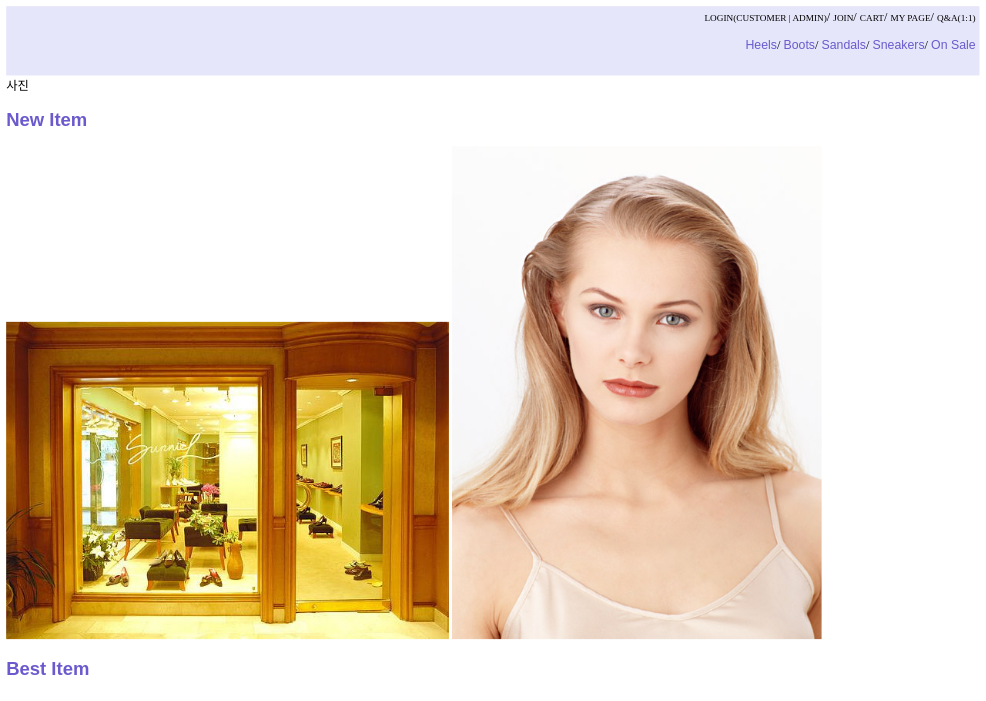
Repository: taeeun2/java_web
Page: http://localhost/webapp/Shopingmall/member/index.jsp
These files come from the project's save history. The page is drawn as it stood at one moment and after the next save; the edit follows.
The browser window is 1280 px wide. The pictures show the whole page, at 77% of full size.
Some web fonts or font styles are not loaded; a fallback is used. The page is served by Tomcat 9.

Above is the page before, as saved 2021-09-30 08:03:01.

After the next save:
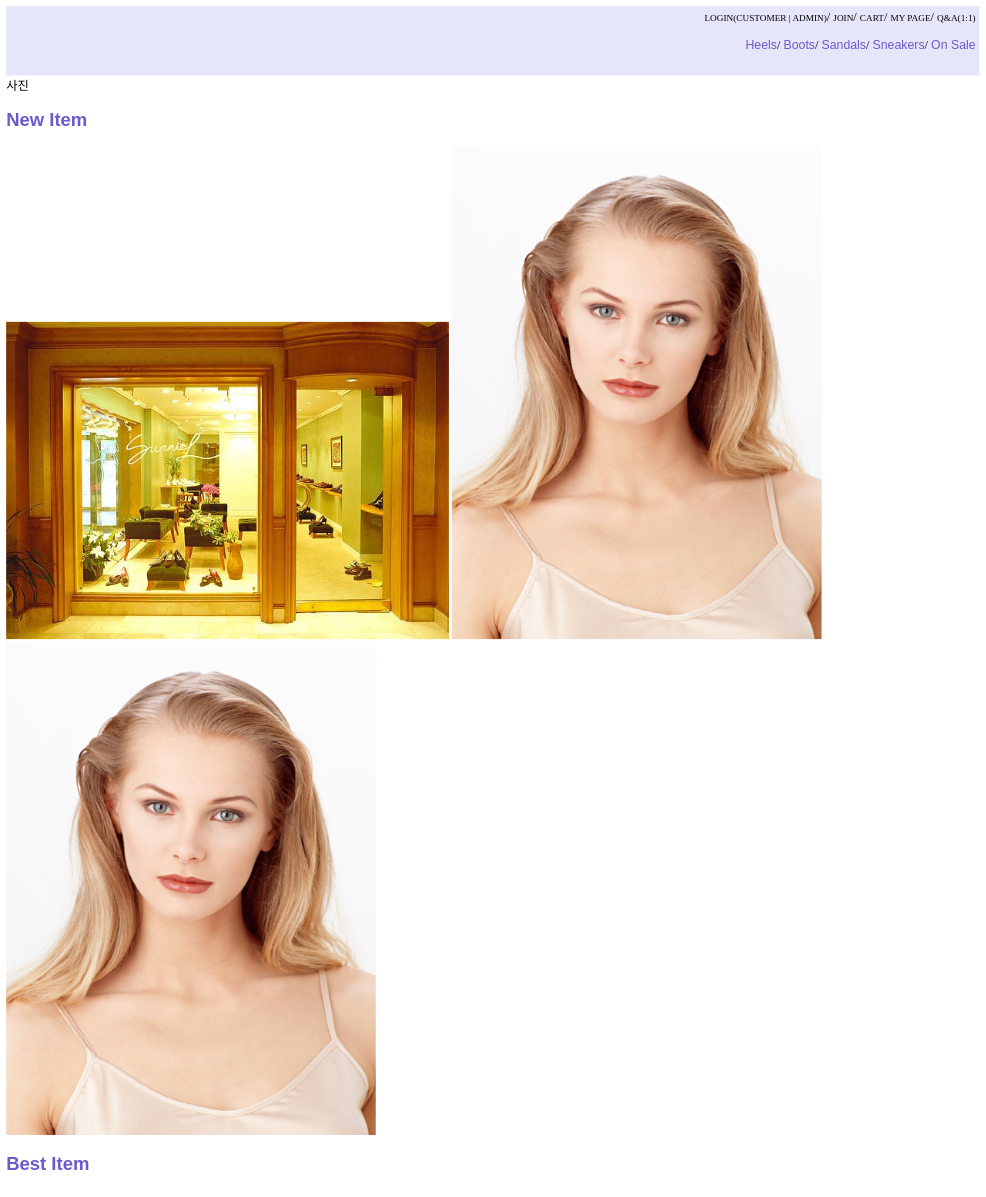
Saved 78 s later.
--- a/webapp/WebContent/Shopingmall/member/index.jsp
+++ b/webapp/WebContent/Shopingmall/member/index.jsp
@@ -34,6 +34,9 @@
 			<img src = "../product_images/w-00.jpg">
 			<img src = '../../Shopingmall/images/model.jpg'>
 </div>
+
+			<img src = '../../Shopingmall/images/model.jpg'>
+
 <div>
 <h2>Best Item</h2>
 
